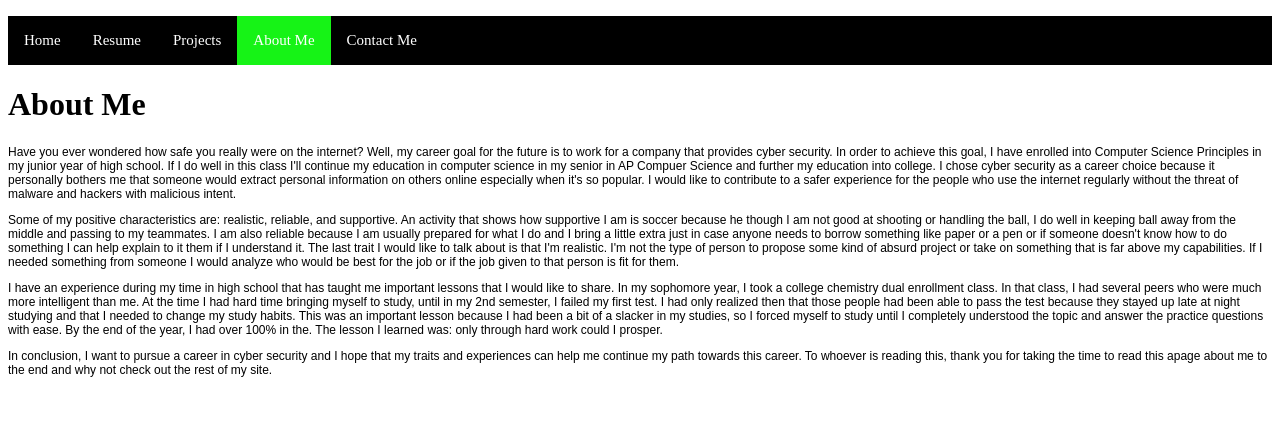
Repository: Coli-Pixel/Coli-Pixel.github.io
Page: about-me.html
The author's editor kept a record of every edit. The page is drawn from the files as they stood at one moment, then again after the next edit.
The browser window is 1280 px wide. The pictures show the whole page.

Above is the page before.

After the next edit:
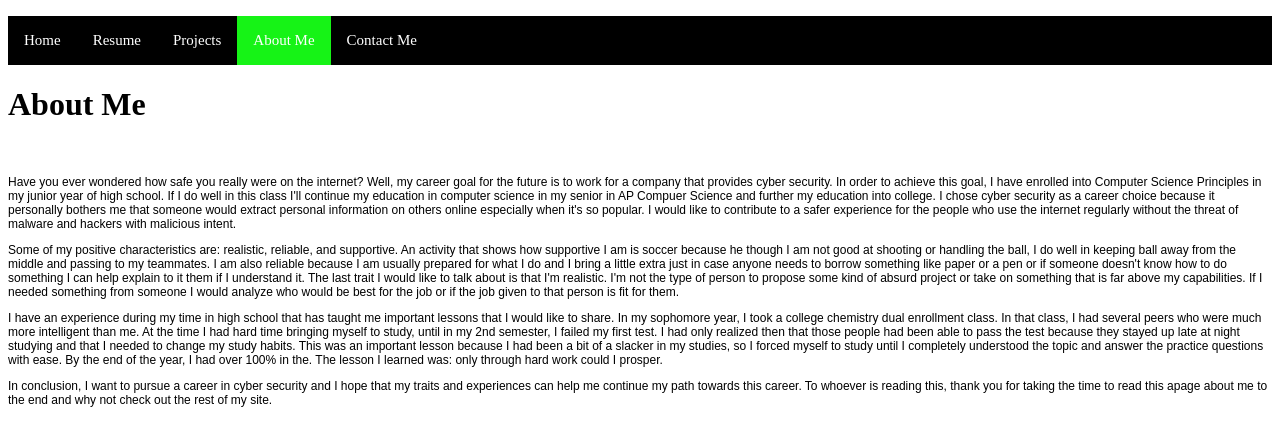
The edit:
--- a/about-me.html
+++ b/about-me.html
@@ -20,6 +20,8 @@
             <li><a href="contact-me.html">Contact Me</a></li>
         </ul>
         <h1>About Me</h1>
+        <img src="">
+        <br>
         <p>Have you ever wondered how safe you really were on the internet? Well, my career goal for the future is to work for a company that provides cyber security. In order to achieve this goal, I have enrolled into Computer Science Principles in my junior year of high school. If I do well in this class I'll continue my education in computer science in my senior in AP Compuer Science and further my education into college. I chose cyber security as a career choice because it personally bothers me that someone would extract personal information on others online especially when it's so popular. I would like to contribute to a safer experience for the people who use the internet regularly without the threat of malware and hackers with malicious intent.</p>
         <p>Some of my positive characteristics are: realistic, reliable, and supportive. An activity that shows how supportive I am is soccer because he though I am not good at shooting or handling the ball, I do well in keeping ball away from the middle and passing to my teammates. I am also reliable because I am usually prepared for what I do and I bring a little extra just in case anyone needs to borrow something like paper or a pen or if someone doesn't know how to do something I can help explain to it them if I understand it. The last trait I would like to talk about is that I'm realistic. I'm not the type of person to propose some kind of absurd project or take on something that is far above my capabilities. If I needed something from someone I would analyze who would be best for the job or if the job given to that person is fit for them.</p>
         <p>I have an experience during my time in high school that has taught me important lessons that I would like to share. In my sophomore year, I took a college chemistry dual enrollment class. In that class, I had several peers who were much more intelligent than me. At the time I had hard time bringing myself to study, until in my 2nd semester, I failed my first test. I had only realized then that those people had been able to pass the test because they stayed up late at night studying and that I needed to change my study habits. This was an important lesson because I had been a bit of a slacker in my studies, so I forced myself to study until I completely understood the topic and answer the practice questions with ease. By the end of the year, I had over 100% in the. The lesson I learned was: only through hard work could I prosper.</p>
